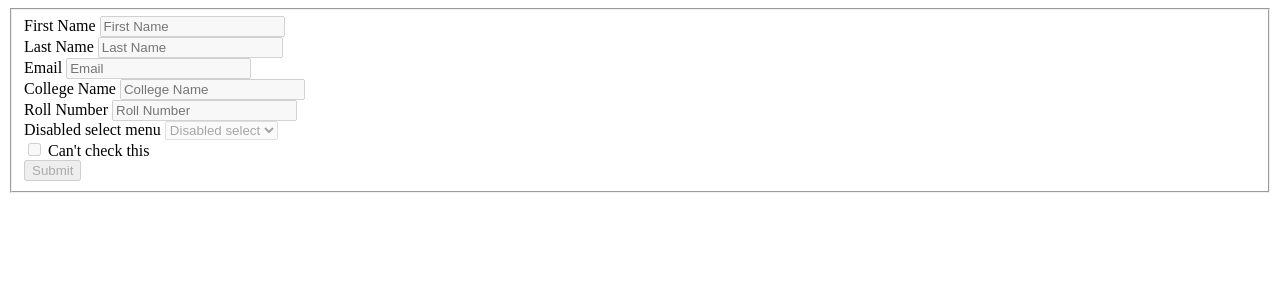
Repository: acciojob/bootstrap-form-easy-vandanayadav15
Page: main.html
These files come from the project's save history. The page is drawn as it stood at one moment and after the next save; the edit follows.
The browser window is 1280 px wide. The pictures show the whole page.

Above is the page before, as saved 2022-10-20 23:18:14.

### main.html
<!DOCTYPE html>

<html>

<head>
	<link rel="stylesheet" href="styles.css">
</head>

<body>
	<!-- the entire body must be written by student -->
<form>
	<fieldset disabled>
		<!-- <legend>Disabled fieldset example</legend> -->
		<div class="mb-3">
			<label for="disabledTextInput" class="form-label">First Name</label>
			<input type="text" id="first-name-input" class="form-control" placeholder="First Name">
		</div>
<div class="mb-3">
	<label for="disabledTextInput" class="form-label">Last Name</label>
	<input type="text" id="last-name-input" class="form-control" placeholder="Last Name">
</div>

<div class="mb-3">
	<label for="disabledTextInput" class="form-label">Email</label>
	<input type="text" id="email-input" class="form-control" placeholder="Email">
</div>

<div class="mb-3">
	<label for="disabledTextInput" class="form-label">College Name</label>
	<input type="text" id="college-input" class="form-control" placeholder="College Name">
</div>

<div class="mb-3">
	<label for="disabledTextInput" class="form-label">Roll Number</label>
	<input type="text" id="roll-no-input" class="form-control" placeholder="Roll Number">
</div>

		<div class="mb-3">
			<label for="disabledSelect" class="form-label">Disabled select menu</label>
			<select id="disabledSelect" class="form-select">
				<option>Disabled select</option>
			</select>
		</div>
		<div class="mb-3">
			<div class="form-check">
				<input class="form-check-input" type="checkbox" id="disabledFieldsetCheck" disabled>
				<label class="form-check-label" for="disabledFieldsetCheck">
					Can't check this
				</label>
			</div>
		</div>
		<button type="submit" class="btn btn-primary">Submit</button>
	</fieldset>
</form>
    <script type="text/javascript" src="./script.js">
</script>

</body>

</html>

### styles.css

/* Your CSS Code here. */

Loaded but not shown: script.js (common file)

After the next save:
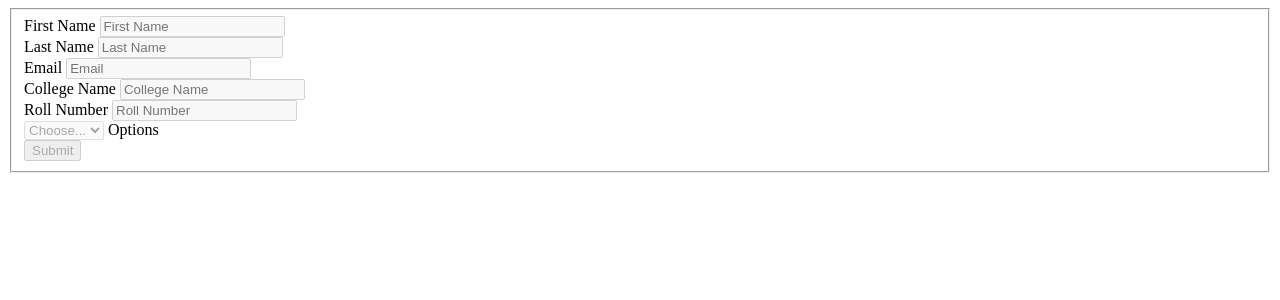
Saved 4 min 41 s later.
--- a/main.html
+++ b/main.html
@@ -35,19 +35,14 @@
 	<input type="text" id="roll-no-input" class="form-control" placeholder="Roll Number">
 </div>
 
-		<div class="mb-3">
-			<label for="disabledSelect" class="form-label">Disabled select menu</label>
-			<select id="disabledSelect" class="form-select">
-				<option>Disabled select</option>
+		<div class="input-group mb-3">
+			<select class="form-select" id="inputGroupSelect02">
+				<option selected>Choose...</option>
+				<option value="1">One</option>
+				<option value="2">Two</option>
+				<option value="3">Three</option>
 			</select>
-		</div>
-		<div class="mb-3">
-			<div class="form-check">
-				<input class="form-check-input" type="checkbox" id="disabledFieldsetCheck" disabled>
-				<label class="form-check-label" for="disabledFieldsetCheck">
-					Can't check this
-				</label>
-			</div>
+			<label class="input-group-text" for="inputGroupSelect02">Options</label>
 		</div>
 		<button type="submit" class="btn btn-primary">Submit</button>
 	</fieldset>
